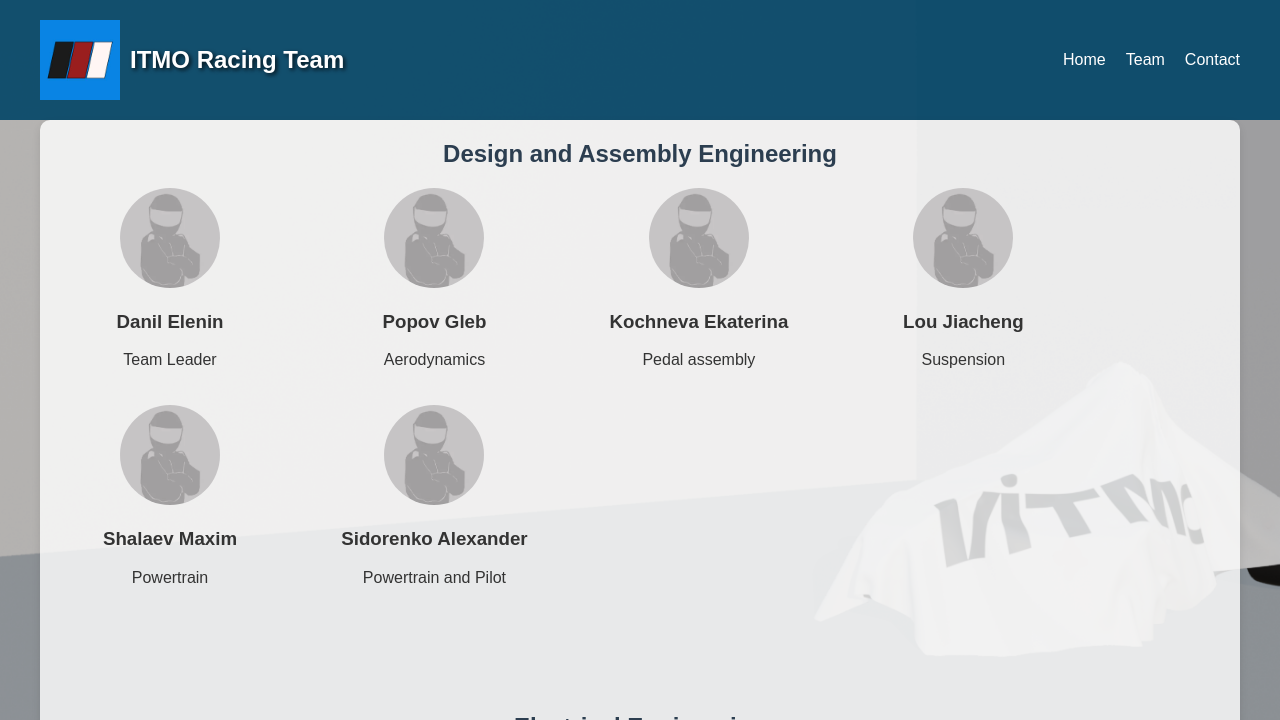
Repository: fs-itmo/fs-itmo.github.io
Page: team.html
These files come from the project's save history. The page is drawn as it stood at one moment and after the next save; the edit follows.
The browser window is 1280 px wide. The pictures show the whole page.
An inner scrolling area shows only its first screen.

Above is the page before, as saved 2024-12-30 22:18:38.

After the next save:
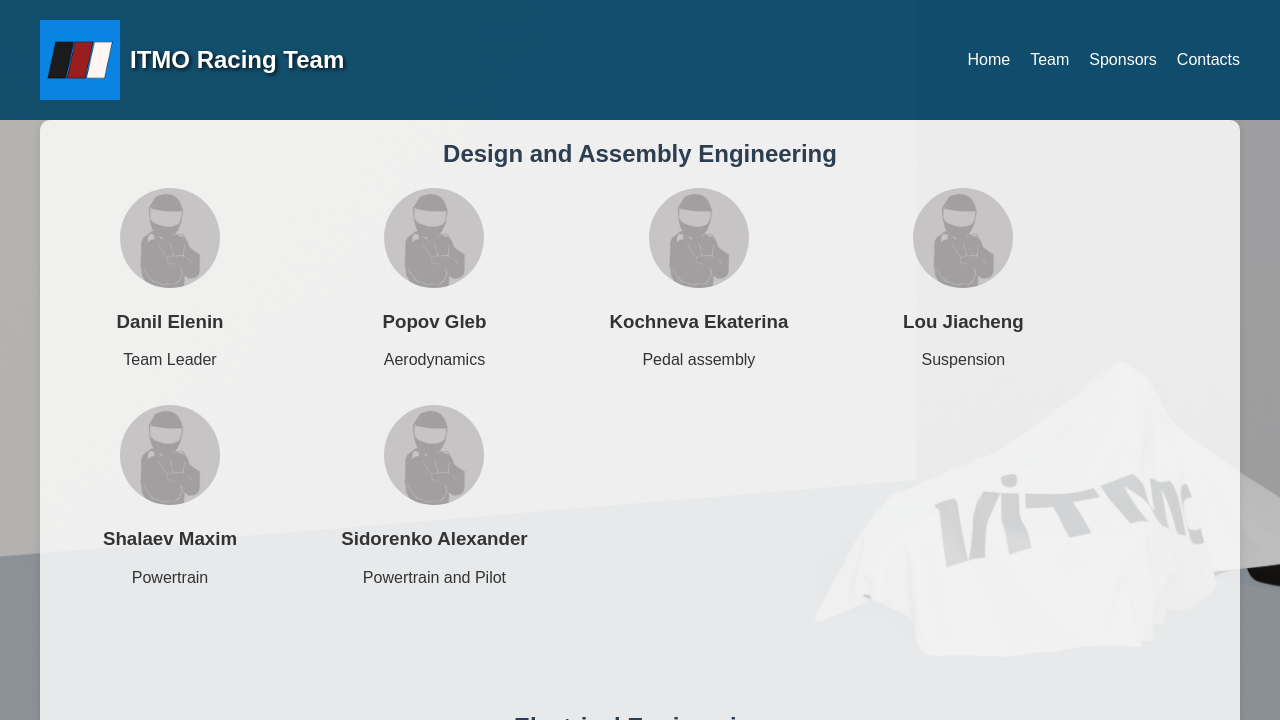
Saved 22 s later.
--- a/team.html
+++ b/team.html
@@ -18,8 +18,9 @@
             <nav>
                 <ul>
                     <li><a href="index.html">Home</a></li>
-                    <li><a href="team.html" class="active">Team</a></li>
-                    <li><a href="#contact">Contact</a></li>
+                    <li><a href="team.html">Team</a></li>
+                    <li><a href="sponsors.html">Sponsors</a></li>
+                    <li><a href="contacts.html" class="active">Contacts</a></li>
                 </ul>
             </nav>
         </div>
